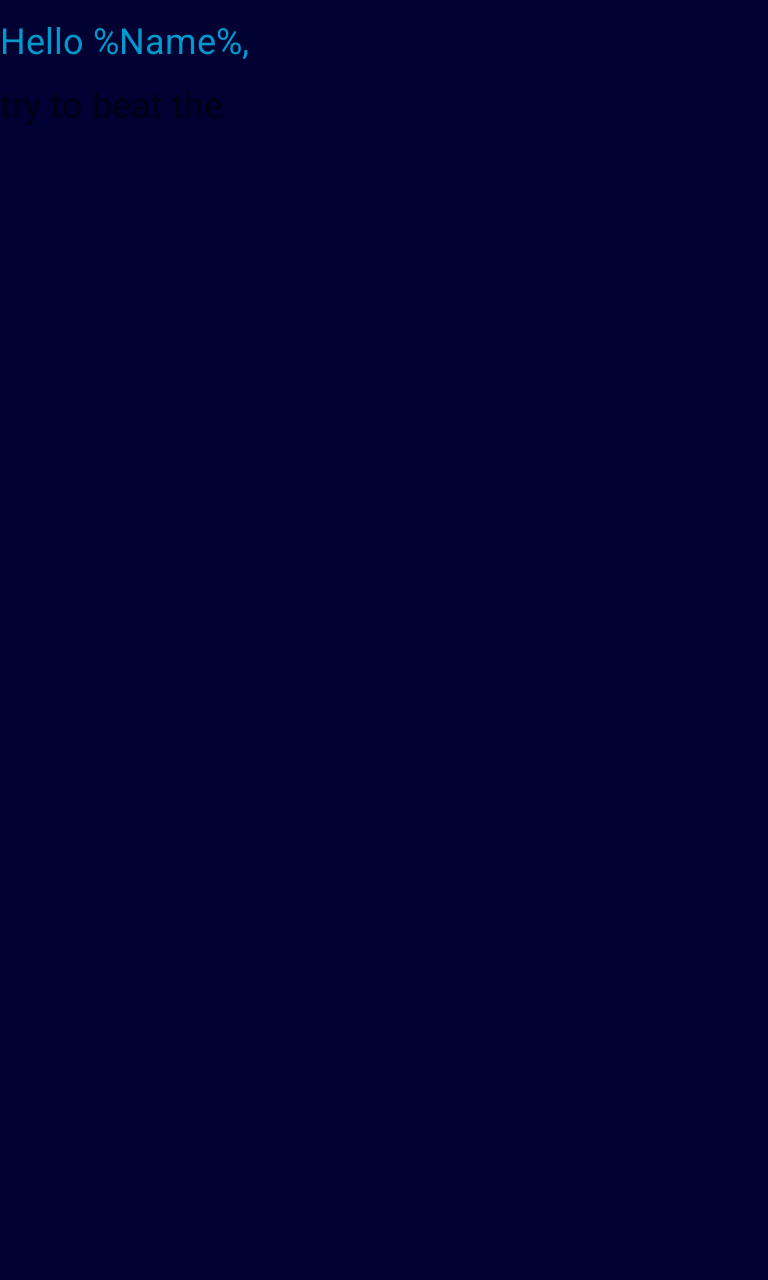
Repository: caspervdpoll/hangman_cvdpoll_jvwageningen
Layout: app/twisted-hangman/res/layout/activity_main.xml
These files come from the project's save history. The layout is drawn as it stood at one moment and after the next save; the edit follows.
It is drawn on a 768 x 1280 px phone screen (xhdpi) without system bars, with theme AppTheme; the app's code is not run.

Above is the layout before, as saved 2014-06-10 09:44:55.

After the next save:
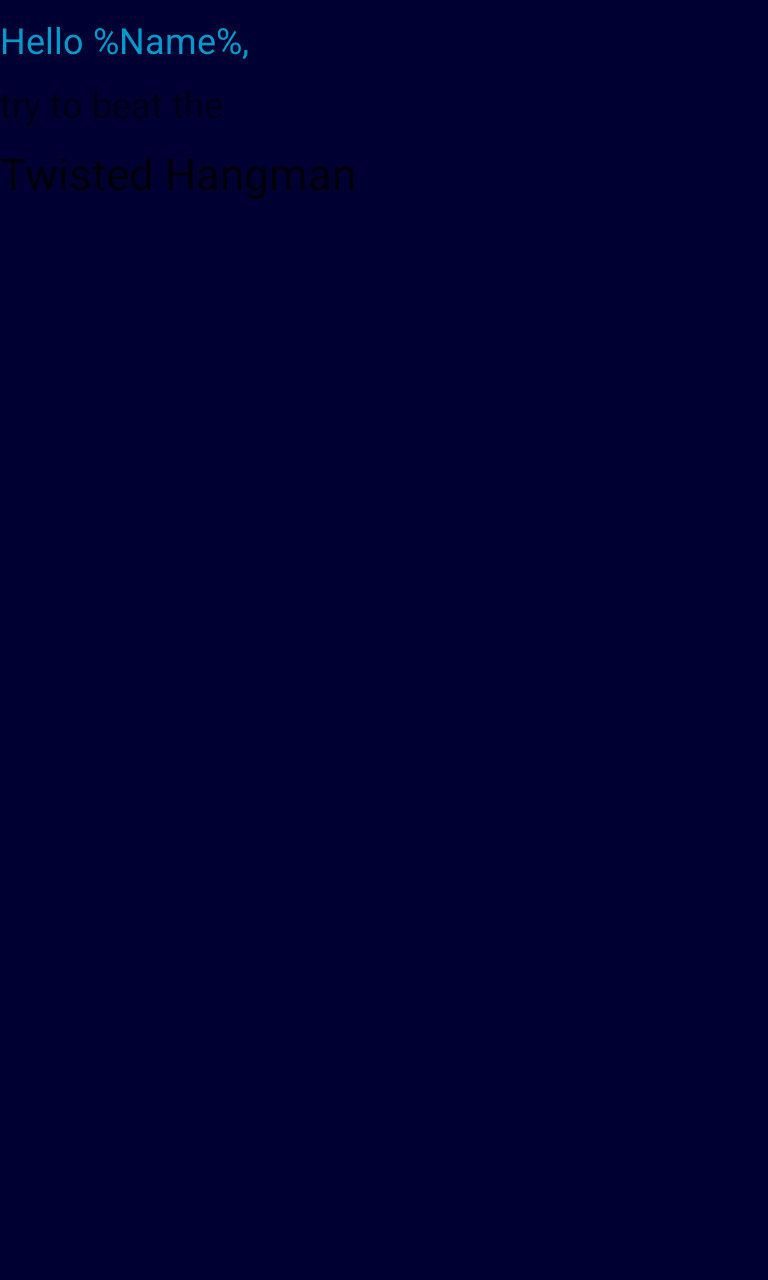
Saved 28 s later.
--- a/app/twisted-hangman/res/layout/activity_main.xml
+++ b/app/twisted-hangman/res/layout/activity_main.xml
@@ -24,12 +24,11 @@
         android:layout_width="wrap_content"
         android:layout_height="wrap_content"
         android:layout_marginTop="15px"
-        android:layout_weight="1.08"
         android:text="try to beat the"
         android:textAppearance="?android:attr/textAppearanceMedium" />
 
     <TextView
-        android:id="@+id/textView2"
+        android:id="@+id/textView3"
         android:layout_below="@id/textView2"
         android:layout_width="wrap_content"
         android:layout_height="wrap_content"
